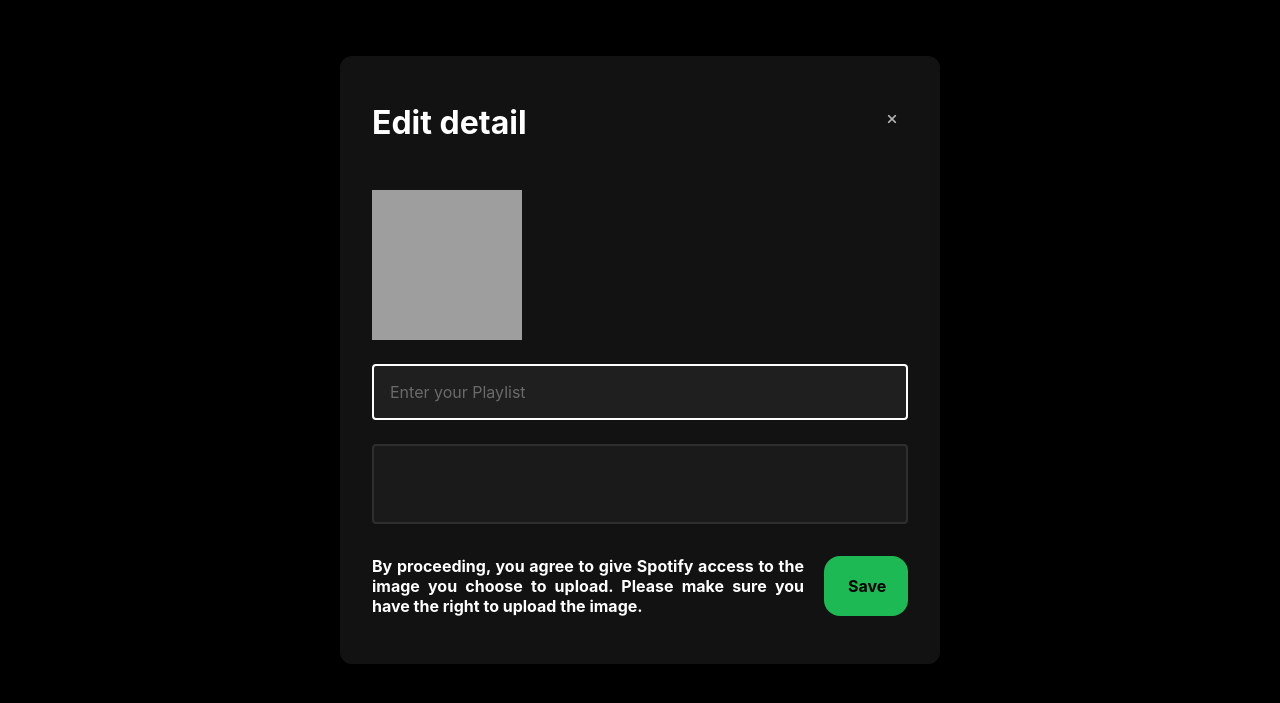
Repository: lannguyen1301/f8-zoom-module2
Page: nhap.html
These files come from the project's save history. The page is drawn as it stood at one moment and after the next save; the edit follows.
The browser window is 1280 px wide. The pictures show the whole page.
Pictures or frames that could not be fetched are drawn as grey boxes.

Above is the page before, as saved 2025-08-15 23:38:16.

After the next save:
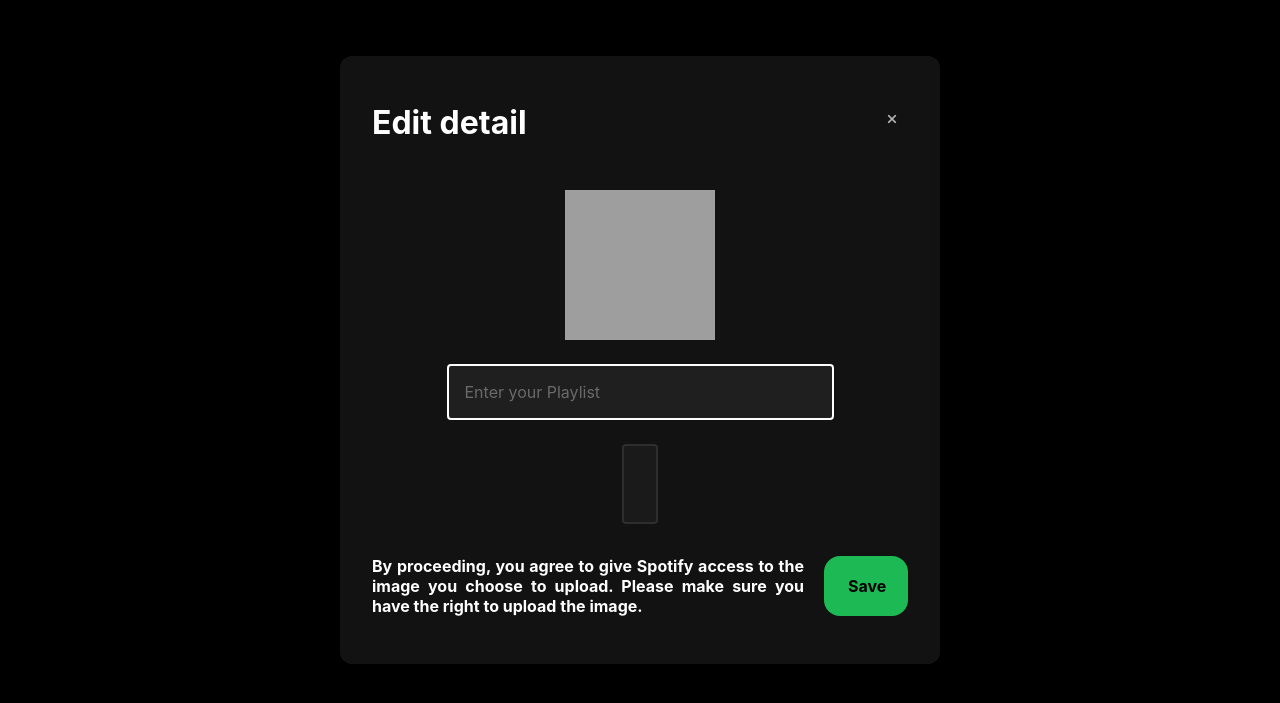
Saved 6 s later.
--- a/nhap.html
+++ b/nhap.html
@@ -38,7 +38,11 @@
 
         }
 
-        .auth-form-content.auth-form-group {}
+        .auth-form-content.auth-form-group {
+            display: flex;
+            align-items: center;
+            justify-content: center;
+        }
 
         .profile-group {
             display: block;
